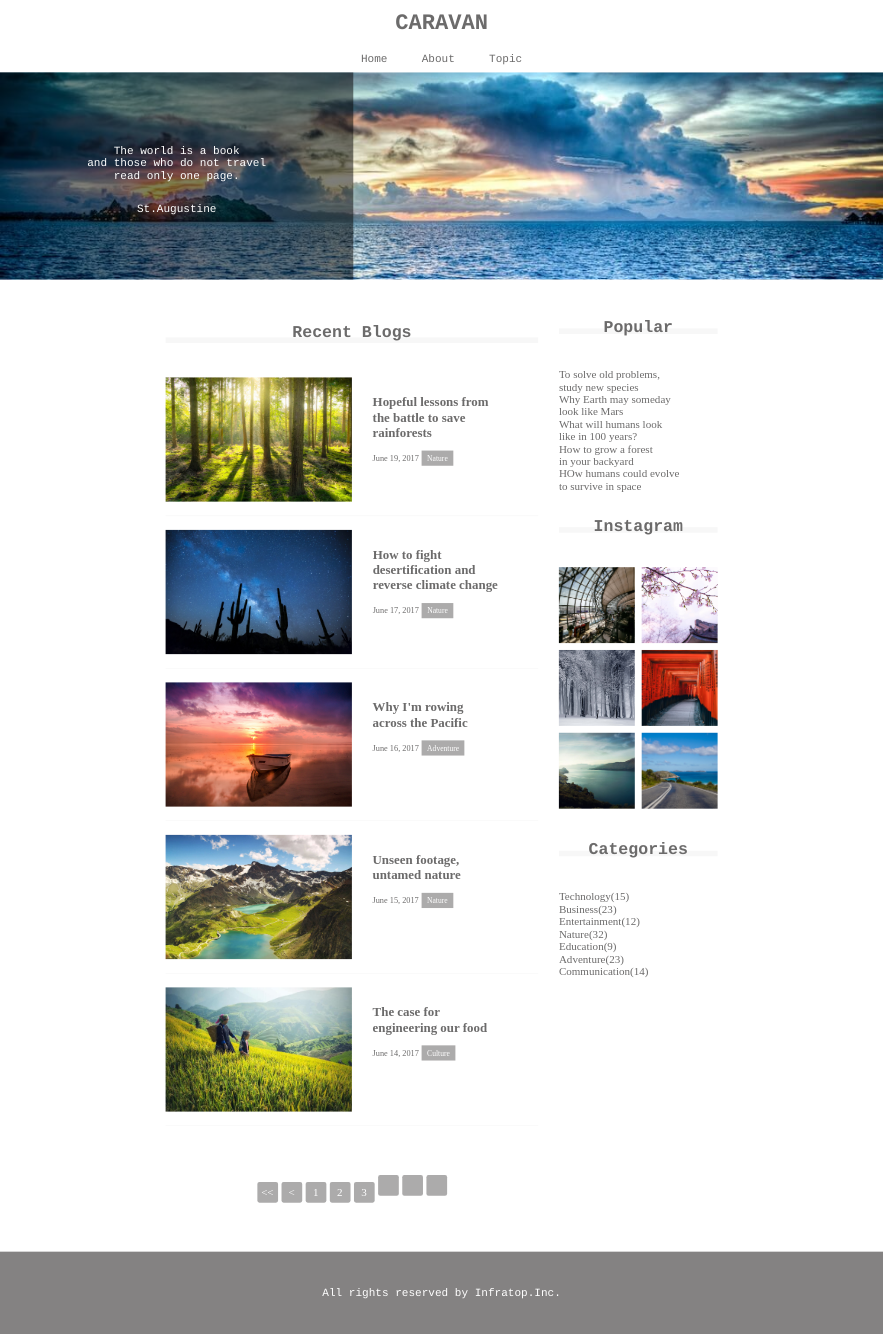
Repository: kk-um/advance1
Page: caravan/index.html
The author's editor kept a record of every edit. The page is drawn from the files as they stood at one moment, then again after the next edit.
The browser window is 1280 px wide. The pictures show the whole page, at 69% of full size.

Above is the page before.

### caravan/index.html
<!DOCTYPE html>
<html lang="ja">
  <head>
    <meta charset="UTF-8" />
    <link rel="stylesheet" href="style.css" />
    <title>CARAVAN</title>
  </head>

  <body>
   <header>
     <h1 class="heading">
       <a href="index.html">
       CARAVAN
       </a>
     </h1>
   </header>

   <nav>
     <ul class="nav-list">
       <li class="nav-list-item">
         <a href="index.html">Home</a>
       </li>
       <li class="nav-list-item">About</li>
       <li class="nav-list-item">Topic</li>
     </ul>
   </nav>

    <div class="main-visual">
      <div class="main-visual-content">
          <p class="main-visual-text">
              The world is a book<br />
              and those who do not travel<br />
              read only one page.
          </p>

          <p class="main-visual-name">
              St.Augustine
          </p>
      </div>
    </div>


    <main>
      <section class="blog">
        <h2 class="blog-heading">Recent Blogs</h2>

      <div class="blog-box">
        <div class="blog-item">
          <img class="blog-image" src="img/forest.jpg"/>
          <section class="blog-text">
            <h3 class="blog-text-heading">
              <a href="single.html">
                Hopeful lessons from<br>
                the battle to save<br>
                rainforests
              </a>
            </h3>
            <p class="blog-date">June 19, 2017</p>
            <span class="category">Nature</span>
          </section>
        </div>

         <div class="blog-item">
          <img class="blog-image" src="img/desert.jpg"/>
          <section class="blog-text">
            <h3 class="blog-text-heading">
              <a href="single.html">
                How to fight<br>
                desertification and<br>
                reverse climate change
              </a>
            </h3>
            <p class="blog-date">June 17, 2017</p>
            <span class="category">Nature</span>
          </section>
        </div>

         <div class="blog-item">
          <img class="blog-image" src="img/sunset.jpg"/>
          <section class="blog-text">
            <h3 class="blog-text-heading">
              <a href="single.html">
                Why I'm rowing<br>
                across the Pacific<br>
              </a>
            </h3>
            <p class="blog-date">June 16, 2017</p>
            <span class="category">Adventure</span>
          </section>
        </div>

         <div class="blog-item">
          <img class="blog-image" src="img/italy.jpg"/>
          <section class="blog-text">
            <h3 class="blog-text-heading">
              <a href="single.html">
                Unseen footage,<br>
                untamed nature
              </a>
            </h3>
            <p class="blog-date">June 15, 2017</p>
            <span class="category">Nature</span>
          </section>
        </div>

         <div class="blog-item">
          <img class="blog-image" src="img/asia.jpg"/>
          <section class="blog-text">
            <h3 class="blog-text-heading">
              <a href="single.html">
                The case for<br>
                engineering our food
              </a>
            </h3>
            <p class="blog-date">June 14, 2017</p>
            <span class="category">Culture</span>
          </section>
        </div>
      </div>

      <div class="pagination">
        <p><<</p>
        <p><</p>
        <p>1</p>
        <p>2</p>
        <p>3</p>
        <p></p>
        <p></p>
        <p></p>
      </div>
      </section>


      <div class="sidebar">

        <section class="popular">
          <h2 class="popular-heading common-heading">Popular</h2>
          <div class="sidebar-contents">
            <p class="popular-text">To solve old problems,<br>study new species</p>
            <p class="popular-text">Why Earth may someday<br>look like Mars</p>
            <p class="popular-text">What will humans look<br>like in 100 years?</p>
            <p class="popular-text">How to grow a forest<br>in your backyard</p>
            <p class="popular-text">HOw humans could evolve<br>to survive in space</p>
          </div>
        </section>

        <section class="instagram">
           <h2 class="instagram-heading common-heading">Instagram</h2>
          <div class="sidebar-contents">
            <div class="instagram-box"></div>
            <div class="instagram-box"></div>
            <div class="instagram-box"></div>
            <div class="instagram-box"></div>
            <div class="instagram-box"></div>
            <div class="instagram-box"></div>
          </div>
        </section>

        <section class="categories">
          <h2 class="categories-heading common-heading">Categories</h2>
          <div class="sidebar-contents">
            <p class="categories-text">Technology(15)</p>
            <p class="categories-text">Business(23)</p>
            <p class="categories-text">Entertainment(12)</p>
            <p class="categories-text">Nature(32)</p>
            <p class="categories-text">Education(9)</p>
            <p class="categories-text">Adventure(23)</p>
            <p class="categories-text">Communication(14)</p>
          </div>
        </section>

      </div>
    </main>


   <footer>
     <p class="footer-text"> All rights reserved by Infratop.Inc.</p>
   </footer>

  </body>
</html>

### caravan/style.css
* {
  margin: 0;
  padding: 0;
  box-sizing: border-box;
  color:#6c6b6b;
}

a{
  text-decoration: none;
}

header,nav,h2, .main-visual, footer{
  font-family: Chalkduster,"Bradley Hand",Courier,"Segoe Print",sans-serif;
}
header{
  width: 90%;
  padding: 15px 0;
  margin: 0 auto;
  text-align: center;
  position: relative;
}

.social{
  position: absolute;
  top: 22px;
  right: 22px;
}
.social i{
  display: inline-block;
  margin-left: 20px;
}


header .heading{
  font-size:32px;
}

.nav-list{
  text-align: center;
  padding: 10px 0;
  margin:0 auto;
}

.nav-list-item{
  list-style: none;
  display: inline-block;
  margin: 0 20px;
}

.main-visual{
  width:100%;
  height:300px;
  background-image: url(img/mv.jpg);
  background-size: cover;
  background-position: center;
}
.main-visual-content {
  width: 40%;
  height: 300px;
  background-color: rgba(0,0,0,0.5);
  text-align: center;
  padding-top: 105px;
}

.main-visual-text{
  color: #fff;
}

.main-visual-name{
  margin-top: 30px;
  color: #fff;
}

main{
  width: 800px;
  display: flex;
  justify-content: center;
  margin: 0 auto;
  padding: 70px 0;
}

.blog {
  width: 540px;
  margin-right: 30px;
}

.blog-heading{
  border-bottom: 8px solid #f7f7f7;
  text-align: center;
  line-height: 0.6;
}

.blog-box{
  padding-top: 50px;
}

.blog-item{
  padding-bottom: 20px;
  margin-bottom: 20px;
  border-bottom: 1px solid #f7f7f7;
  display: flex;
  justify-content: flex-start;
}

.blog-image{
  height: 180px;
}

.blog-text{
  padding:25px 0 0 30px;
}
.blog-text-heading{
  padding-bottom: 15px;
}
.blog-date{
  font-size: 12px;
  display: inline-block;
}

.category{
  display: inline-block;
  padding: 5px 8px;
  background-color: #acabab;
  color: #fff;
  font-size: 11px;
}

.pagination{
  text-align: center;
  padding-top: 50px;
}

.pagination p{
  display: inline-block;
  width: 30px;
  height: 30px;
  margin:0.5px;
  color: #fff;
  background-color: #acabab;
  border-radius: 3px;
  line-height: 30px;
}

.sidebar {
  width: 230px;
}

.common-heading{
  border-bottom: 8px solid #f7f7f7;
  text-align: center;
  line-height: 0.6px;
}

.sidebar-contents{
  padding: 50px 0;
}

.popular-text
.categories-text{
  padding-bottom: 5px;
  border-bottom: 1px solid #f7f7f7;
  margin-bottom: 5px;
}

.popular-text:last-child,
.categories-text:last-child{
  margin: 0;
  padding: 0;
  border: none;
}

.instagram .sidebar-contents{
  display: flex;
  flex-wrap: wrap;
}

.instagram-box{
  width: 110px;
  padding-top: 110px;
  background-size: cover;
  background-position: center;
  margin-bottom: 10px;
}

.instagram-box:nth-child(odd){
  margin: 0 10px 10px 0;
}

.instagram-box:nth-child(1){
  background-image: url(img/airport.jpg);
}

.instagram-box:nth-child(2){
  background-image: url(img/japan.jpg);
}

.instagram-box:nth-child(3){
  background-image: url(img/snow.jpg);
}

.instagram-box:nth-child(4){
  background-image: url(img/japan2.jpg);
}

.instagram-box:nth-child(5){
  background-image: url(img/lake.jpg);
}

.instagram-box:nth-child(6){
  background-image: url(img/road.jpg);
}

footer{
  width: 100%;
  height: 120px;
  text-align: center;
  line-height: 120px;
  background-color: #848282;
}

.footer-text{
  color: #fff;
}

.social i {
  color: black;
}

@media screen and (max-width:1024px) {
  .social i {
    color: green;
  }
}

After the next edit:
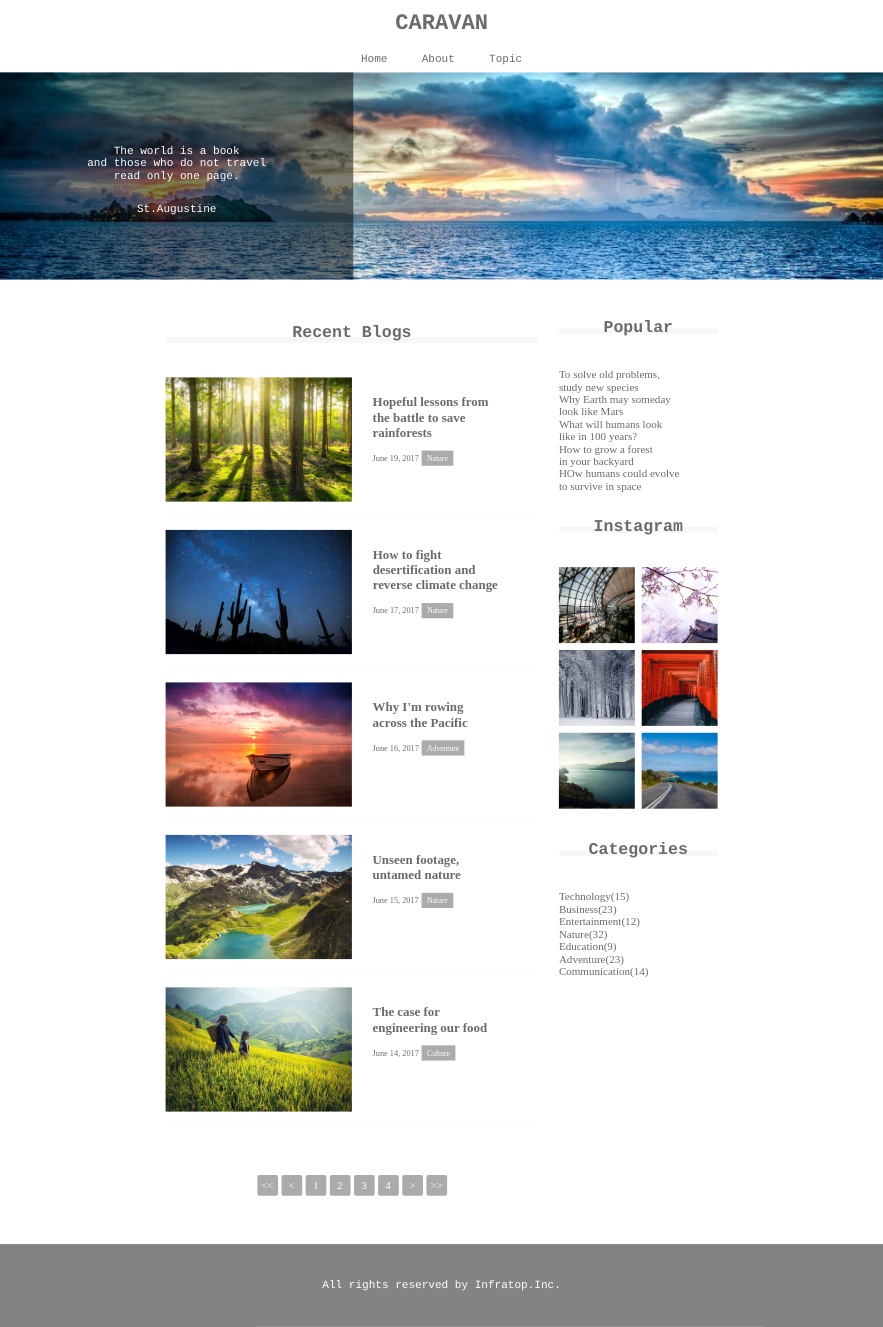
The edit:
--- a/caravan/index.html
+++ b/caravan/index.html
@@ -124,9 +124,9 @@
         <p>1</p>
         <p>2</p>
         <p>3</p>
-        <p></p>
-        <p></p>
-        <p></p>
+        <p>4</p>
+        <p>></p>
+        <p>>></p>
       </div>
       </section>
 
